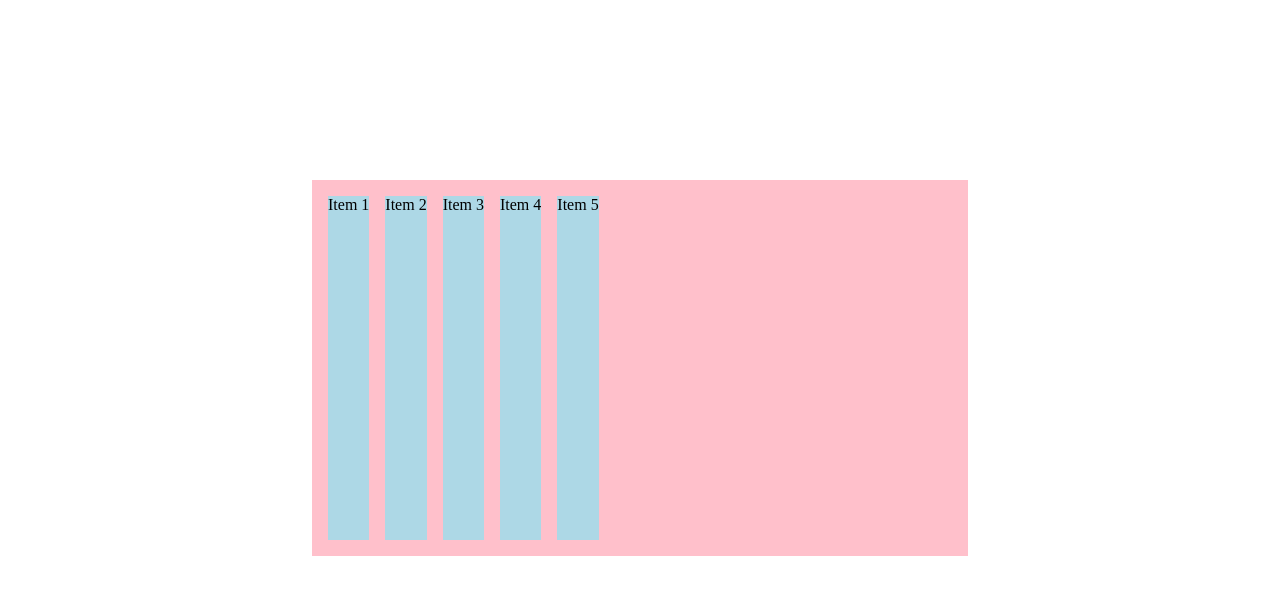
Repository: karanjain71/css-practice
Page: flexbox-practice/index.html
The author's editor kept a copy of each file at every save. The page is drawn from the files as they stood at one save, then again after the next save.
The browser window is 1280 px wide. The pictures show the whole page.

Above is the page before, as saved 2022-03-02 23:05:47.

### flexbox-practice/index.html
<!DOCTYPE html>
<html lang="en">
<head>
    <meta charset="UTF-8">
    <meta http-equiv="X-UA-Compatible" content="IE=edge">
    <meta name="viewport" content="width=device-width, initial-scale=1.0">

    <link rel="stylesheet" href="style.css">
    <title>Flexbox Practice</title>
</head>
<body>
    <div class="container">
        <div class="item">Item 1</div>
        <div class="item">Item 2</div>
        <div class="item">Item 3</div>
        <div class="item">Item 4</div>
        <div class="item">Item 5</div>
    </div>
</body>
</html>

### flexbox-practice/style.css
.container {
    background: pink;
    height: 50vh;
    width: 50vw;
    padding: 0.5em;
    margin: 25vh auto 0;
    display: flex;
    flex-direction: row;
}

.item {
    background: lightblue;
    margin: 0.5em;
}

After the next save:
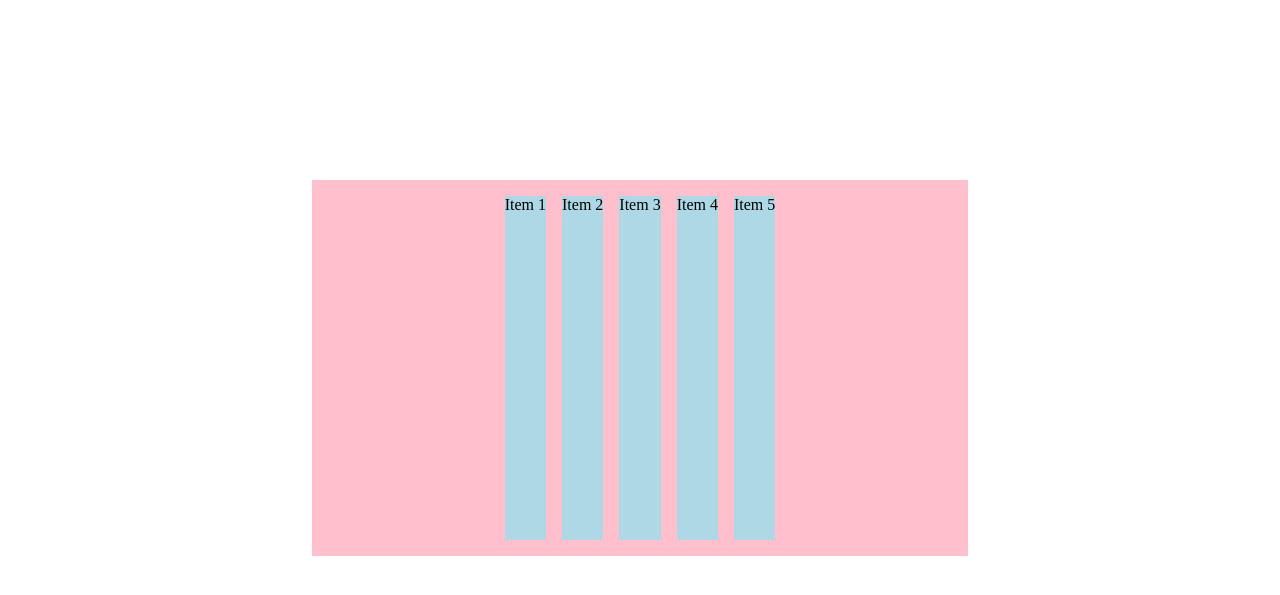
Saved 11 min 46 s later.
--- a/flexbox-practice/style.css
+++ b/flexbox-practice/style.css
@@ -6,6 +6,8 @@
     margin: 25vh auto 0;
     display: flex;
     flex-direction: row;
+    flex-wrap: wrap;
+    justify-content: center;
 }
 
 .item {

After the save that followed:
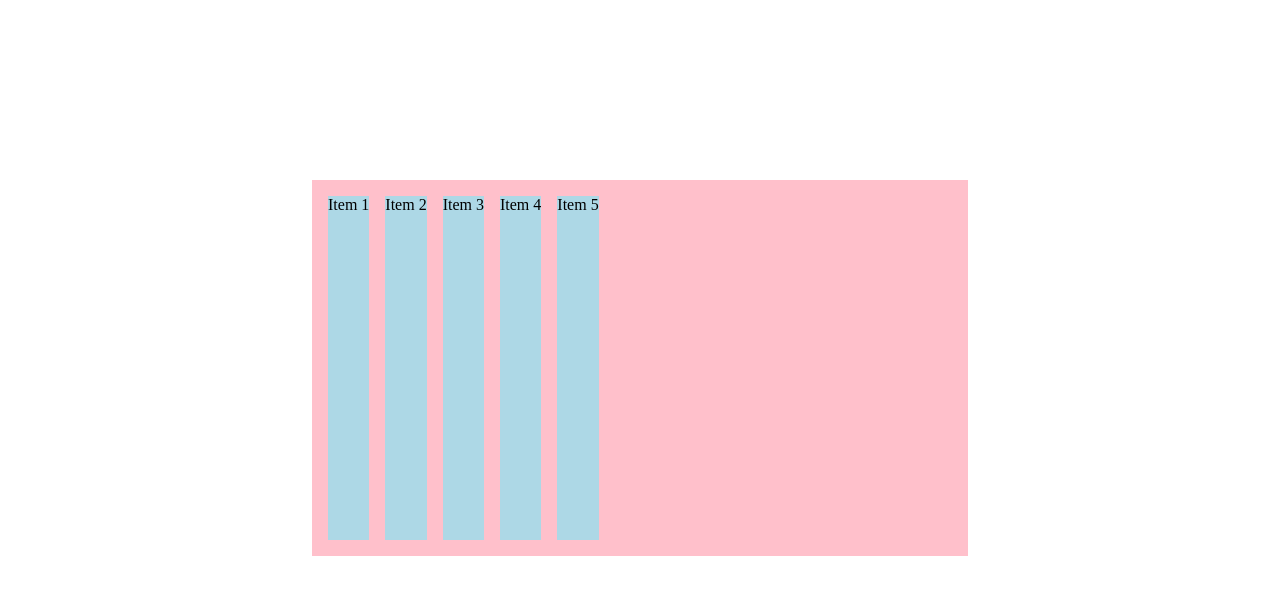
Saved 11 s later.
--- a/flexbox-practice/style.css
+++ b/flexbox-practice/style.css
@@ -7,7 +7,7 @@
     display: flex;
     flex-direction: row;
     flex-wrap: wrap;
-    justify-content: center;
+    justify-content: start;
 }
 
 .item {
